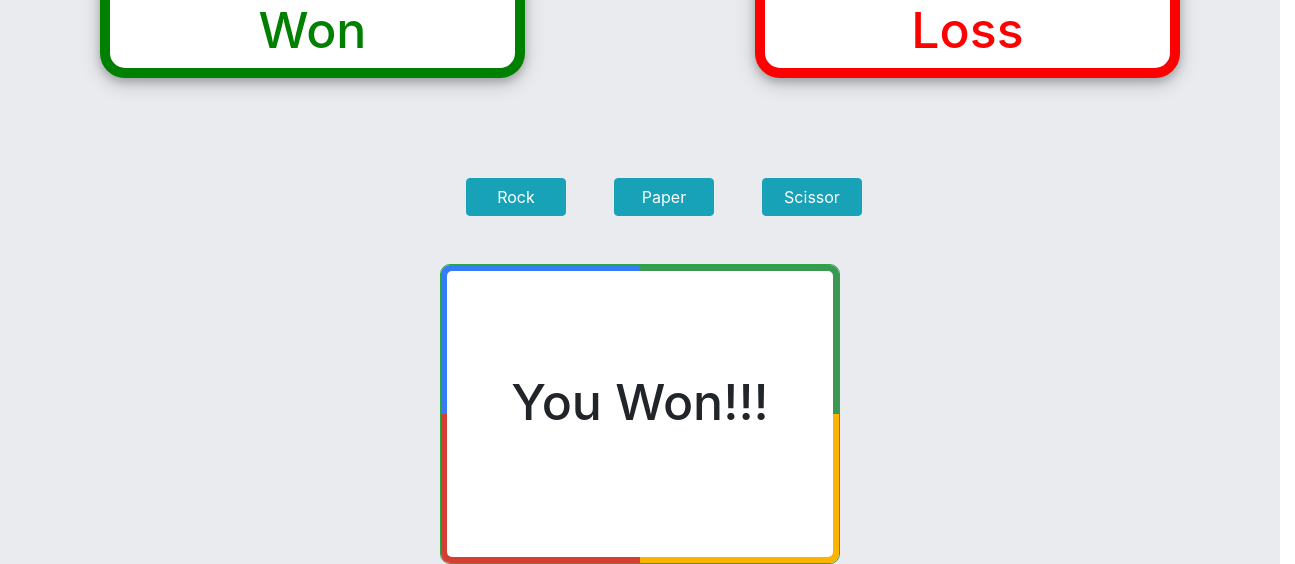
Repository: tts2610/React-Intro
Page: /
The author's editor kept a copy of each file at every save. The page is drawn from the files as they stood at one save, then again after the next save.
The browser window is 1280 px wide. The page is 1295 px wide, so the pictures cover 1295 px, including what lies to the right of the window. The pictures show the part of the page from y = 428 to 992 px (the page is 992 px tall).
Some web libraries are served in a nearby version. The project was rebuilt for these pictures with package versions that can differ from the ones it lists, and the page was loaded fresh each time.

Above is the page before, as saved 2020-05-26 22:54:08.

After the next save:
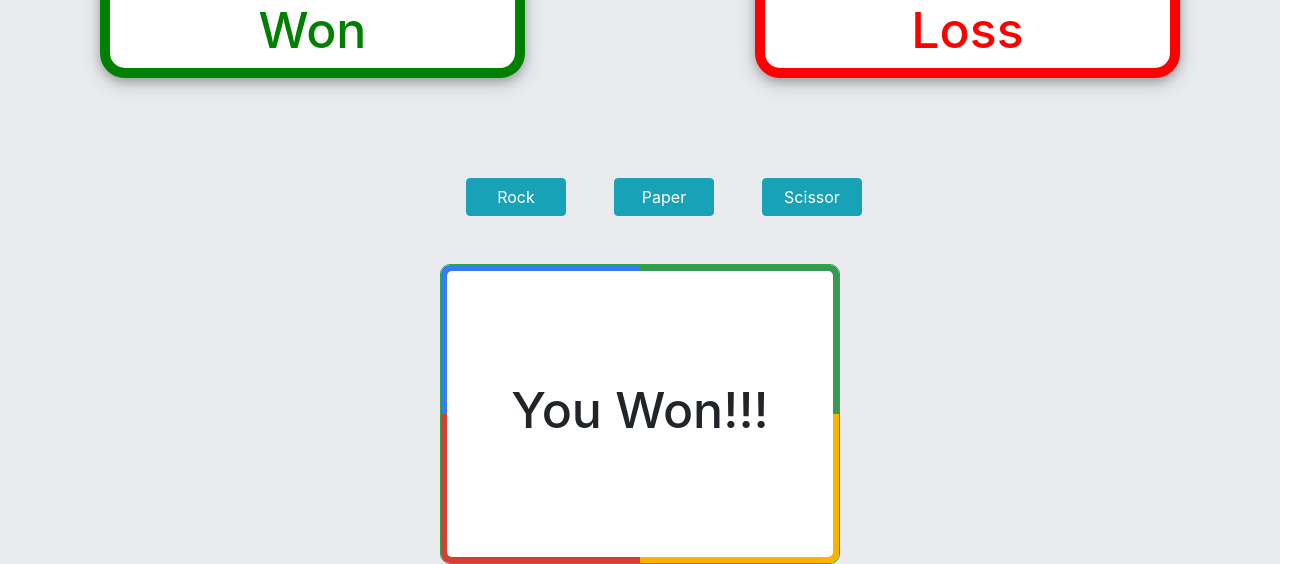
Saved 8 s later.
--- a/src/App.js
+++ b/src/App.js
@@ -71,7 +71,7 @@ export default class App extends Component{
         <Button type="paper" handleClick={this.handleClick}/>
         <Button type="scissor" handleClick={this.handleClick}/>
         </div>
-        <div className="row border border-success result mt-5 mx-auto rainbow pb-5">
+        <div className="row border border-success result mt-5 mx-auto rainbow">
         <Result result={[this.state.me.winner,this.state.computer.winner]}/>
         </div>
       </div>
